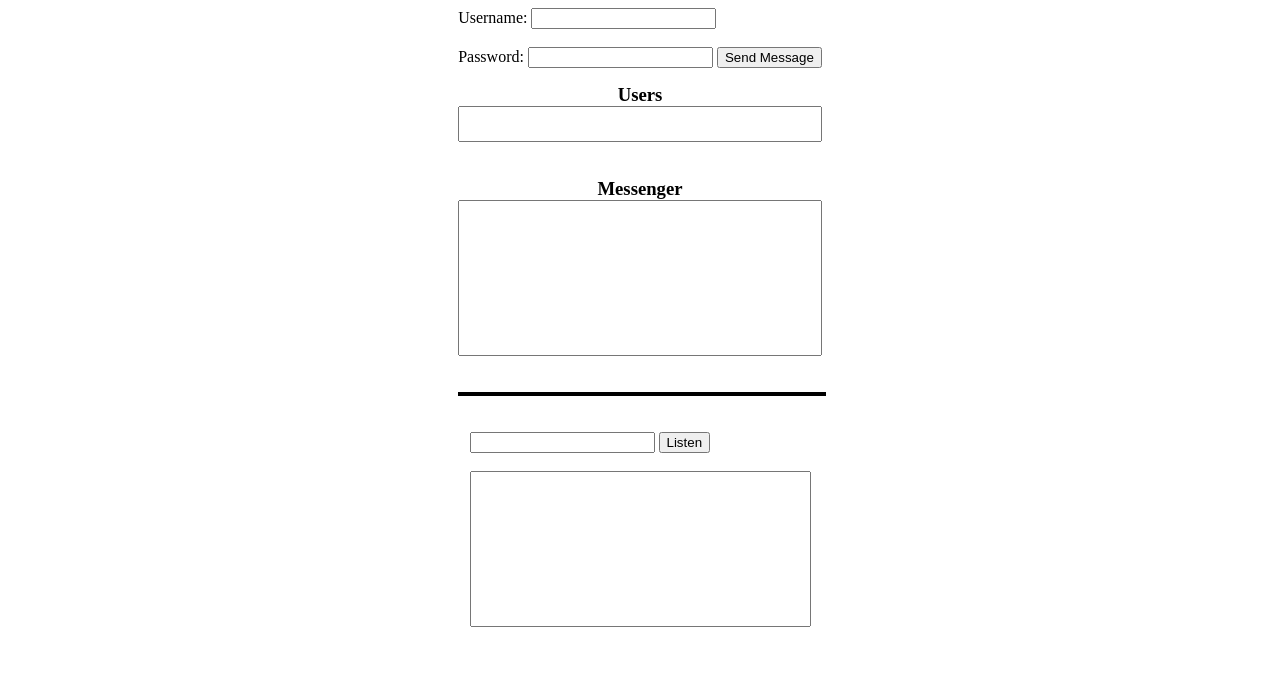
Repository: hosua/it-202
Page: http://localhost/
The author's editor kept a copy of each file at every save. The page is drawn from the files as they stood at one save, then again after the next save.
The browser window is 1280 px wide. The pictures show the whole page.
The page is run by PHP 8.4 with error messages shown; the project is at /var/www/html/. Queries for data that is not in the repository find no rows.

Above is the page before, as saved 2022-12-02 05:33:43.

### assign5/index.php
<html>
    <div class="container">
<?php
include 'info.php';

ini_set("display_errors", 1); // debugging
ini_set("display_startup_errors", 1); // debugging

if (mysqli_connect_errno()){ echo "Failed to connect to MySQL: " . mysqli_connect_error(); exit(); }
?>

<form method=post action="index.php">
    <label for=user>Username: </label>
    <input type=text id=user name=user>
    <br> <br>
    <label for=pass>Password: </label>
    <input type=password id=pass name=pass>
    <input type="submit" value="Send Message">
</form>

<h3 style="margin: auto;"> Users </h3>
<!-- User list -->
<textarea readonly id=active-users name=active-users cols=20 rows=2>
<?php
$sql = "SELECT * FROM Users;";
$query_res =$conn->query($sql);
while ($row = $query_res->fetch_assoc()) {
    echo $row['username'] . " ";
}
?>
</textarea>
<!-- Messenger -->
<br> <br>
<h3 style="margin: auto;"> Messenger </h3>
<textarea id=messenger name=messenger cols=40 rows=10>
<?php
    // keyup event => ajax behavior
    // 1st group of ajax functions -- http1 object & functions
    // content copied to database, php does SQL update
?>
</textarea>
<br> <br>
<span class=warning id=warning>
<?php
 // error message here if user fails to login
?>
</span>
</div> <!-- messenger-container -->
<br> <br>
<!-- Listener -->
<div class=container>
    <label for=listener-name>
    <input type=text id=listener-name name=listener-name>
    <button type=button id=listener-button>Listen</button>
    <br> <br>
    <textarea id=listener name=listener cols=40 rows=10>
    </textarea>
</div> <!-- listener-container -->

<link rel="stylesheet" href="styles.css">

</html>

### assign5/info.php
<?php
	session_start();
	$dbserver= "localhost";
	$dbuser= "hoswoo";
	$dbpass = "m1z0m1z0";
	$dbname = "it202";

	$active_page = basename($_SERVER["PHP_SELF"], ".php");

	// This is how to make a .php page unvisitable.
	// User should never be able to visit this page since it only holds information and functions.
	if ( $_SERVER['REQUEST_METHOD']=='GET' && realpath(__FILE__) == realpath( $_SERVER['SCRIPT_FILENAME'] ) ) {
		header("location: index.php");
	}

	$conn = mysqli_connect($dbserver,$dbuser,$dbpass,$dbname);
	if (mysqli_connect_errno()){ echo "Failed to connect to MySQL: " . mysqli_connect_error(); exit(); }
?>

<link rel="stylesheet" href="styles.css">

### assign5/styles.css
.warning {
    border: 2px solid black;
    background-color: red;
    position: relative;
    width: 100%;
}

.container {
    display: grid;
    justify-content: center;
    align-items: center;
}

#active-users {
    resize: none;
}

#messenger {
    resize: none;
}

#listener {
    position: relative;
    width: 100%;
    resize: none;
}

After the next save:
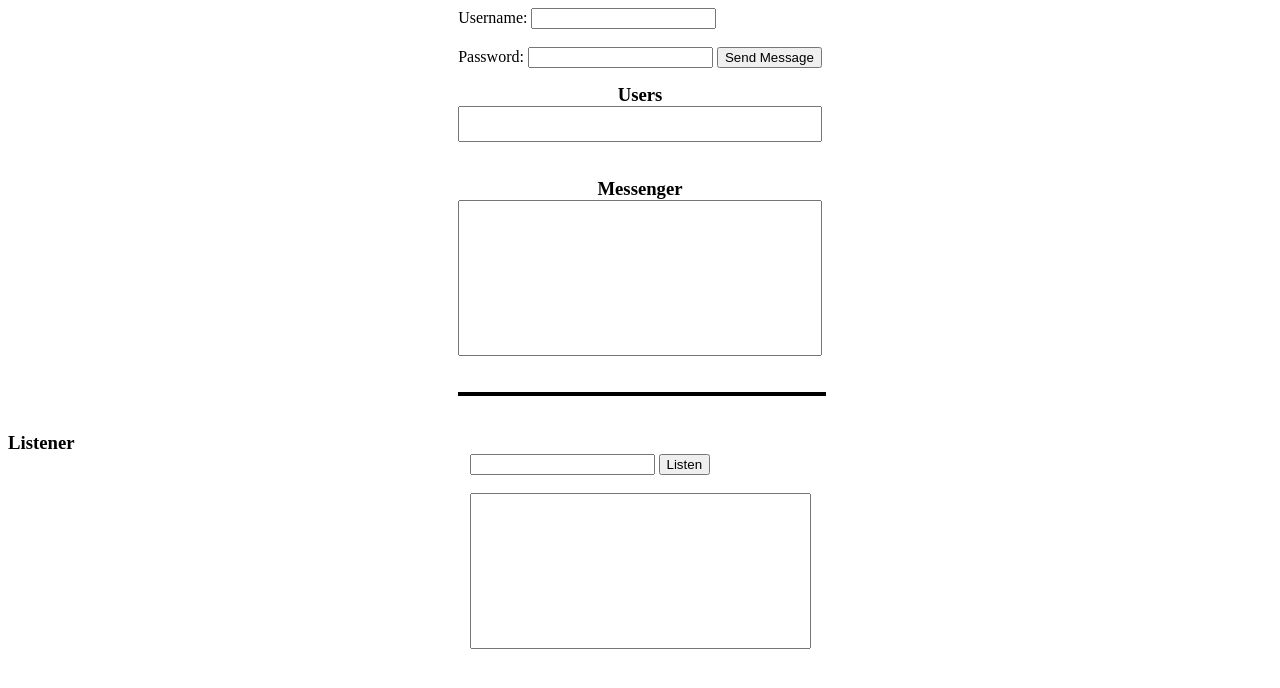
Saved 20 s later.
--- a/assign5/index.php
+++ b/assign5/index.php
@@ -48,6 +48,7 @@ while ($row = $query_res->fetch_assoc()) {
 </div> <!-- messenger-container -->
 <br> <br>
 <!-- Listener -->
+<h3 style="margin: auto;"> Listener </h3>
 <div class=container>
     <label for=listener-name>
     <input type=text id=listener-name name=listener-name>
